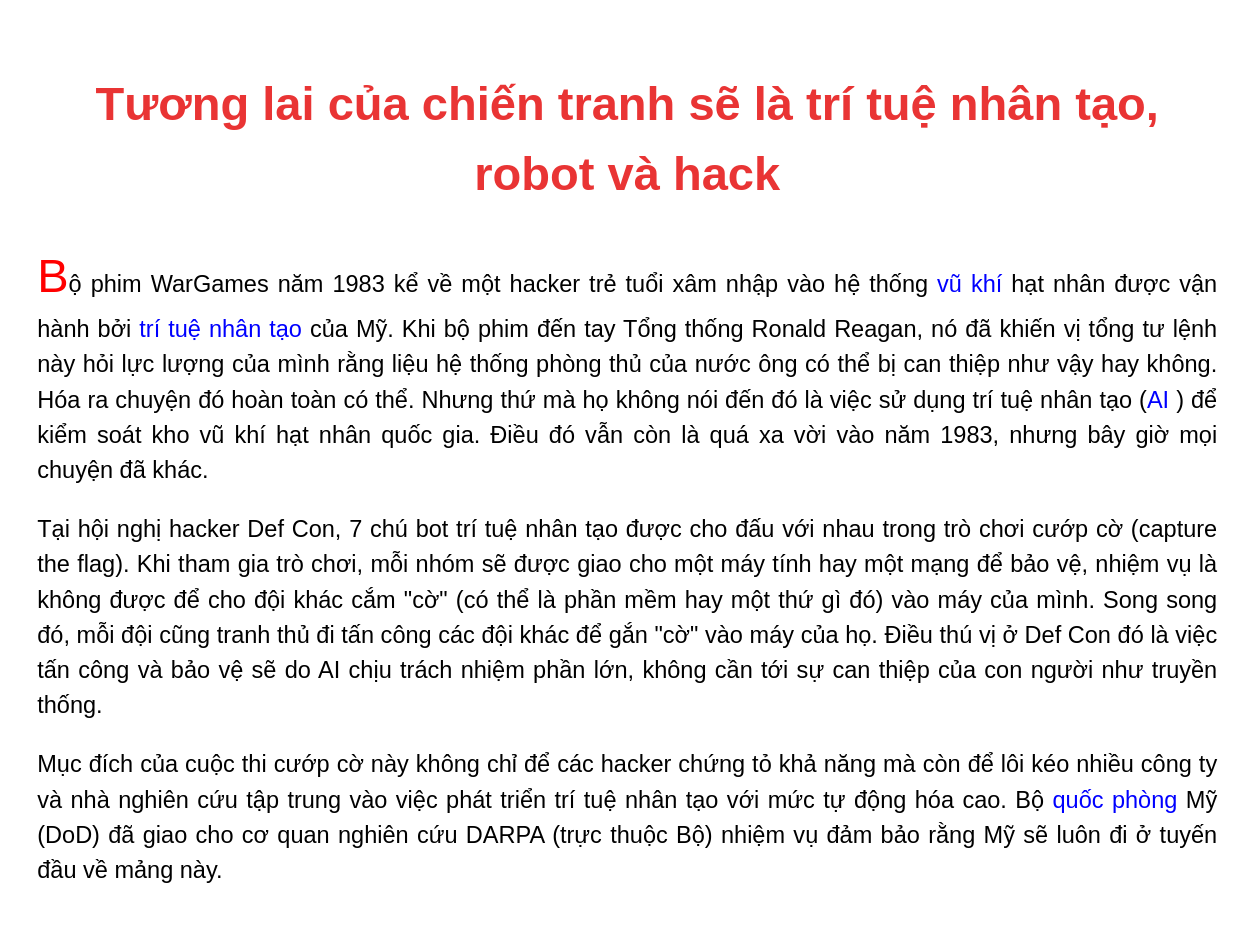
Repository: tuiladev/TKW
Page: CSS/Bai1/index.html
An editor plug-in stored every save of this project. The page is shown before and after the next save, followed by the edit.
The browser window is 1280 px wide. The pictures show the whole page, at 98% of full size.

Above is the page before, as saved 2022-04-07 17:11:09.

After the next save:
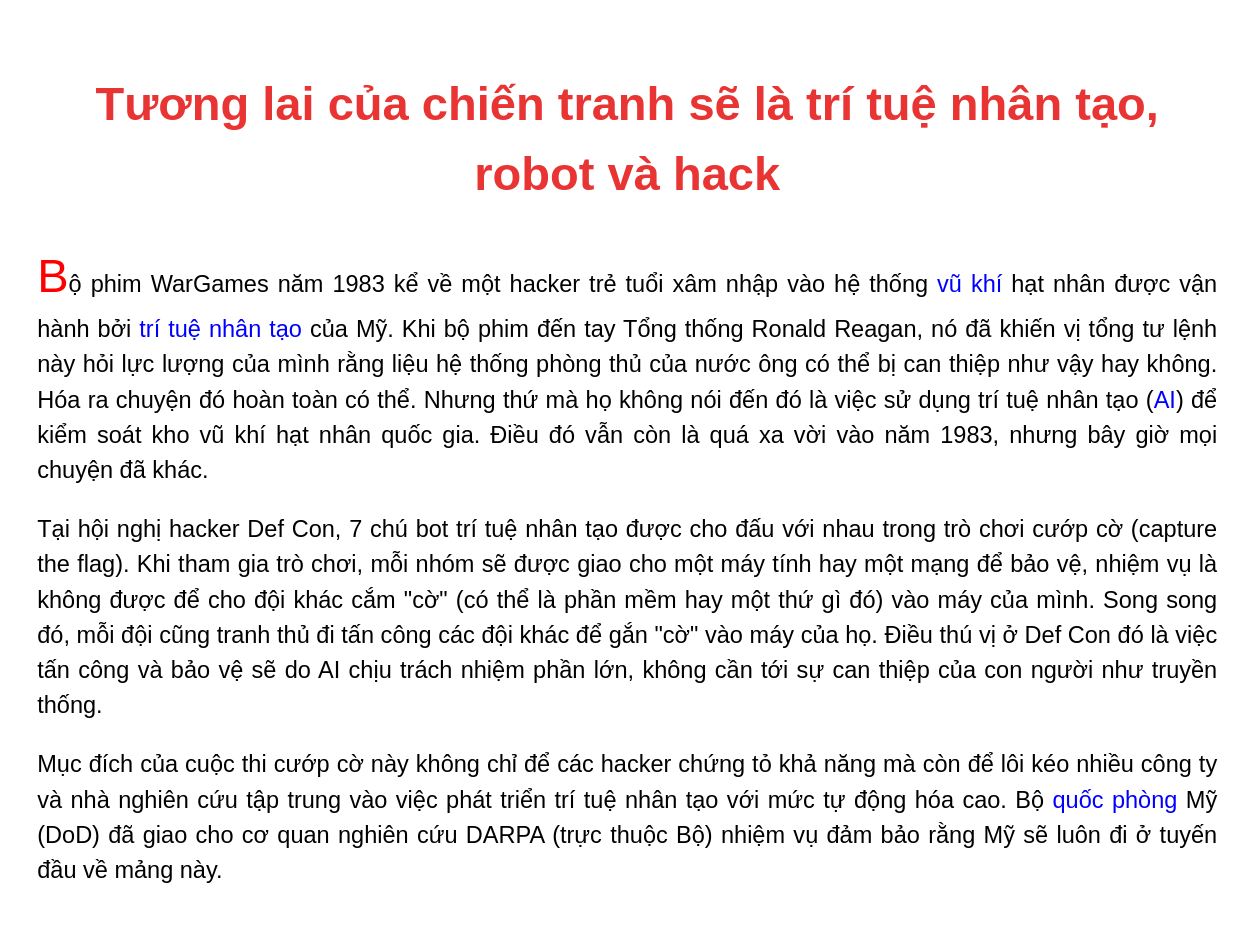
Saved 11 s later.
--- a/CSS/Bai1/index.html
+++ b/CSS/Bai1/index.html
@@ -22,8 +22,7 @@
          dụng trí tuệ nhân tạo (<a
             href="https://vi.wikipedia.org/wiki/A.I._%E2%80%93_Tr%C3%AD_tu%E1%BB%87_nh%C3%A2n_t%E1%BA%A1o"
             target="_blank"
-            >AI
-         </a>) để kiểm soát kho vũ khí hạt nhân quốc gia. Điều đó vẫn còn là quá xa vời vào năm 1983,
+            >AI</a>) để kiểm soát kho vũ khí hạt nhân quốc gia. Điều đó vẫn còn là quá xa vời vào năm 1983,
          nhưng bây giờ mọi chuyện đã khác.
       </p>
       <p>
